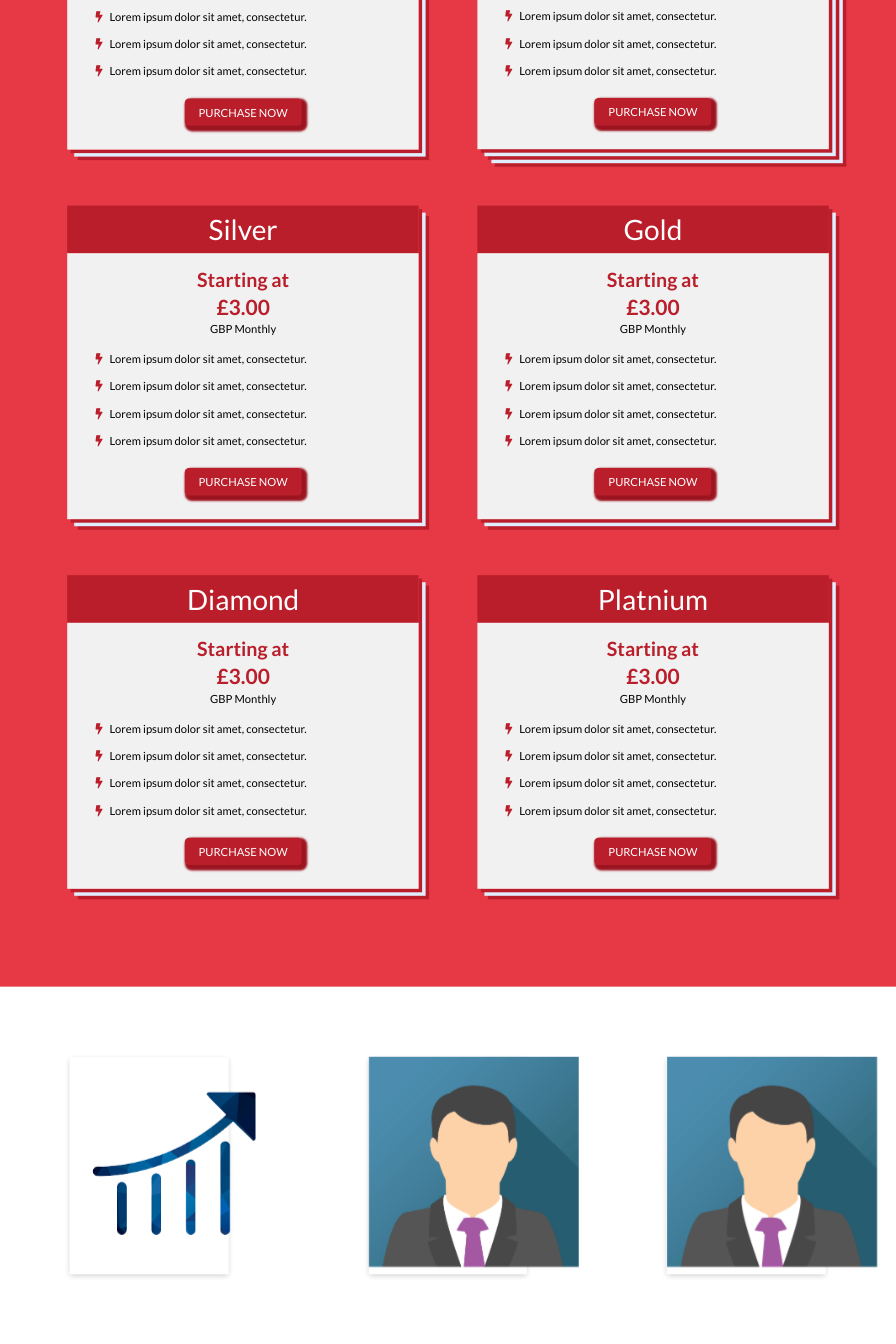
Repository: CallumS19/energise-hosting-project
Page: http://localhost/
The author's editor kept a record of every edit. The page is drawn from the files as they stood at one moment, then again after the next edit.
The browser window is 1280 px wide. The pictures show the part of the page from y = 1094 to 3014 px (the page is 3014 px tall), at 70% of full size.
Backgrounds fixed to the window are drawn as part of the page. Some web libraries are served in a nearby version. The page is run by PHP 8.4 with error messages shown; the project is at /var/www/html/.

Above is the page before.

After the next edit:
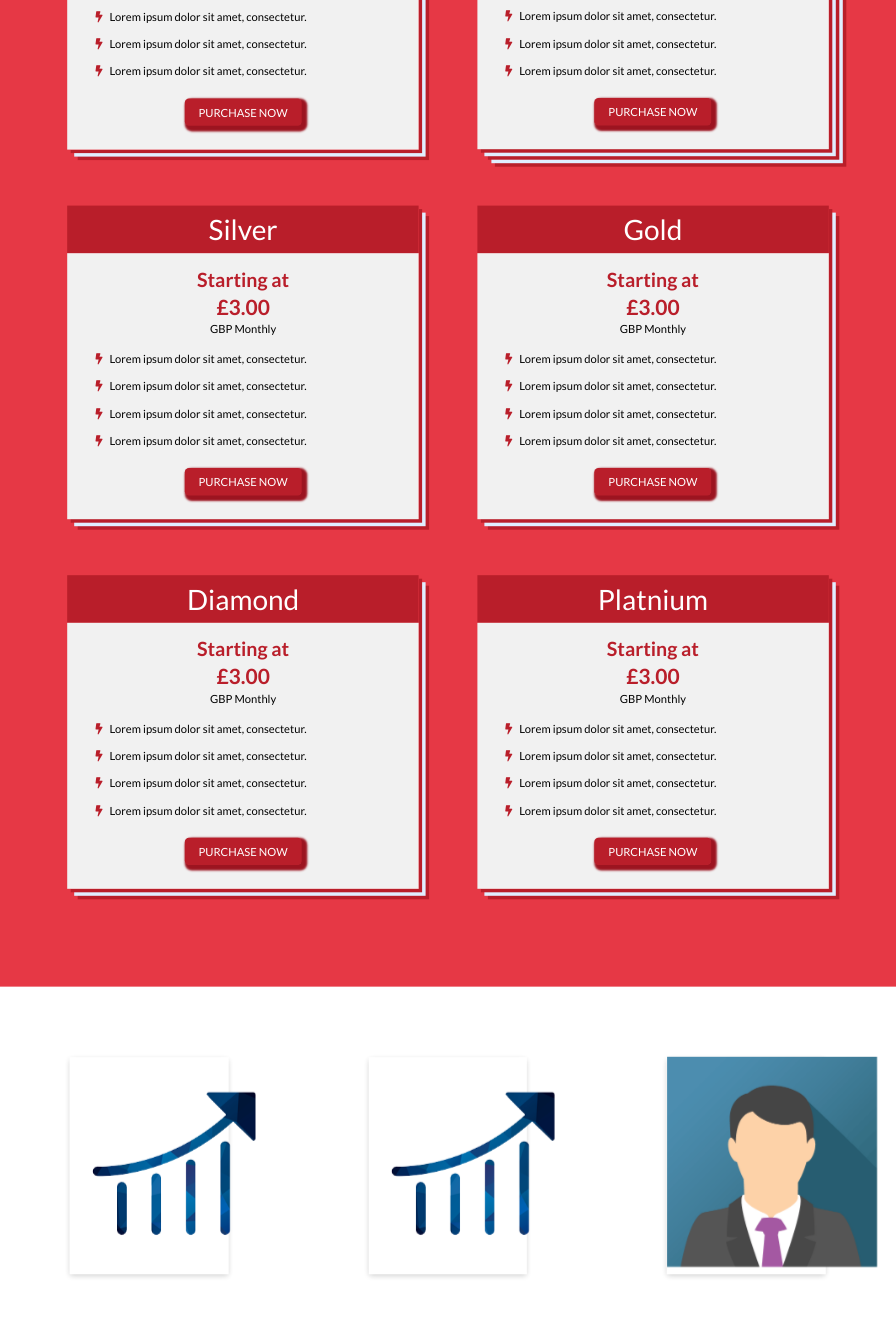
The edit:
--- a/workspace/index.php
+++ b/workspace/index.php
@@ -238,7 +238,7 @@
                     <div class="f-card">
                       <div class="f-card-inner">
                         <div class="f-card-front">
-                          <img src="img/img_avatar.png" alt="Avatar" style="width:300px;height:300px;">
+                          <img src="img/feature_avatar.png" alt="Avatar" style="width:300px;height:300px;">
                         </div>
                         <div class="f-card-back">
                           <h1>99.99% Uptime</h1>
